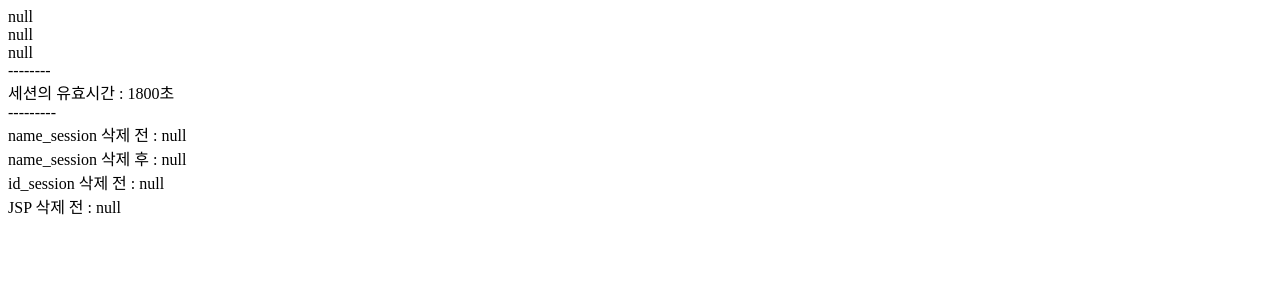
Repository: jjjjjjji-hun/jsp_practice
Page: http://localhost/JSPBasic/jspObject/5.session/session_check.jsp
An editor plug-in stored every save of this project. The page is shown before and after the next save, followed by the edit.
The browser window is 1280 px wide. The pictures show the whole page.
The page is served by Tomcat 9.

Above is the page before, as saved 2022-02-08 01:24:24.

### JSPBasic/src/main/webapp/jspObject/5.session/session_check.jsp
<%@ page language="java" contentType="text/html; charset=UTF-8"
    pageEncoding="UTF-8"%>
<%
	/*
		- 세션에 저장된 데이터는 브라우저 창이 종료될 때까지, 혹은 세션의
		  유효시간이 만료되지 전까지 웹어플리케이션의 모든 JSP페이지에서 사용할 수 있습니다.

		- 세션의 저장된 데이터를 가져오려면 session 객체의 getAttribute() 메서드를
		  사용하며, 매가값으로 가져올 데이터의 세션 이름을 적어줍니다.
	*/
	String userId = (String)session.getAttribute("id_session");
	out.println(userId + "<br/>");
	// 나머지 세션도 화면에 다 표시해보세요.
	String userName = (String)session.getAttribute("name_session");
	out.println(userName + "<br/>");
	String jsp = (String)session.getAttribute("JSP");
	out.println(jsp + "<br/>");
	out.println("--------<br/>");

	// 세션의 유효시간은 아래의 메서드를 사용합니다.
	// 기본 시간은 30분으로 세팅되어있고(티폴트) 바꾼다면 초단위로 바꿀 수 있습니다.
	session.setMaxInactiveInterval(1800);
	// getMaxInactiveInterval()로 남은 시간 조회 가능
	int sTime = session.getMaxInactiveInterval();
	out.println("세션의 유효시간 : " + sTime + "초<br/>");
	out.println("---------<br/>");

	// 특정 세션 데이터만 삭제하기
	userName = (String)session.getAttribute("name_session");
	out.println("name_session 삭제 전 : " + userName + "<br/>");

	// 특정한 세션만 삭제시는 .removeAttribute("세션이름"); 을 이용해 삭제합니다.
	// name_session 삭제 후 삭제가 잘 되었는지 화면에 찍어서 확인까지 해 보세요.
	session.removeAttribute("name_session");

	userName = (String)session.getAttribute("name_session");
	out.println("name_session 삭제 후 : " + userName + "<br/>");

	// 세션 일괄적으로 삭제하기
	out.println("id_session 삭제 전 : " + userId + "<br/>");
	out.println("JSP 삭제 전 : " + jsp + "<br/>");
	// session.invalidate();

%>
<!DOCTYPE html>
<html>
<head>
<meta charset="UTF-8">
<title>Insert title here</title>
</head>
<body>

</body>
</html>

After the next save:
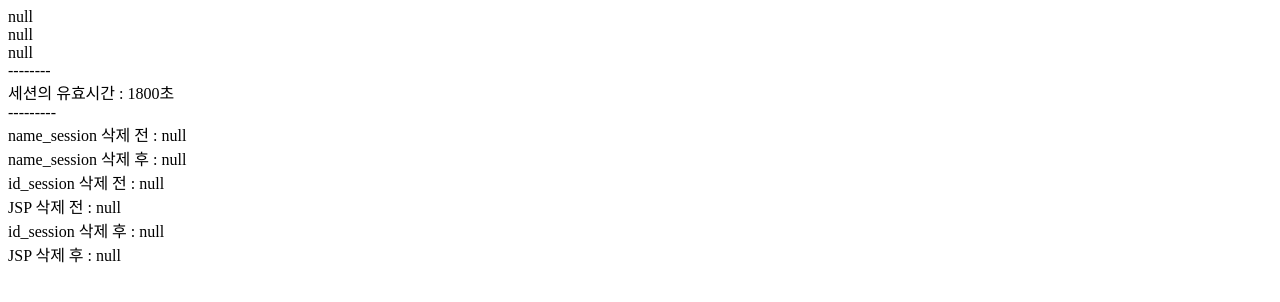
Saved 95 s later.
--- a/JSPBasic/src/main/webapp/jspObject/5.session/session_check.jsp
+++ b/JSPBasic/src/main/webapp/jspObject/5.session/session_check.jsp
@@ -39,7 +39,9 @@
 	// 세션 일괄적으로 삭제하기
 	out.println("id_session 삭제 전 : " + userId + "<br/>");
 	out.println("JSP 삭제 전 : " + jsp + "<br/>");
-	// session.invalidate();
+	session.invalidate();
+	out.println("id_session 삭제 후 : " + userId + "<br/>");
+	out.println("JSP 삭제 후 : " + jsp + "<br/>");
 
 %>
 <!DOCTYPE html>

After the 6 saves that followed:
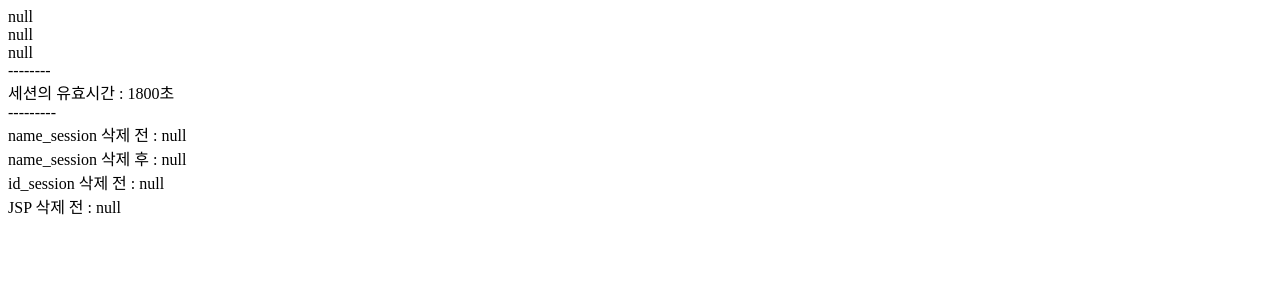
The 6 saves are shown as one change because 1 did not build or start and 4 left the picture as it was.
The last was saved 6 min 46 s later.
--- a/JSPBasic/src/main/webapp/jspObject/5.session/session_check.jsp
+++ b/JSPBasic/src/main/webapp/jspObject/5.session/session_check.jsp
@@ -37,11 +37,12 @@
 	out.println("name_session 삭제 후 : " + userName + "<br/>");
 
 	// 세션 일괄적으로 삭제하기
+	userId = (String)session.getAttribute("id_session");
+	jsp = (String)session.getAttribute("SPRING_FRAMEWORK");
 	out.println("id_session 삭제 전 : " + userId + "<br/>");
 	out.println("JSP 삭제 전 : " + jsp + "<br/>");
-	session.invalidate();
-	out.println("id_session 삭제 후 : " + userId + "<br/>");
-	out.println("JSP 삭제 후 : " + jsp + "<br/>");
+
+
 
 %>
 <!DOCTYPE html>
